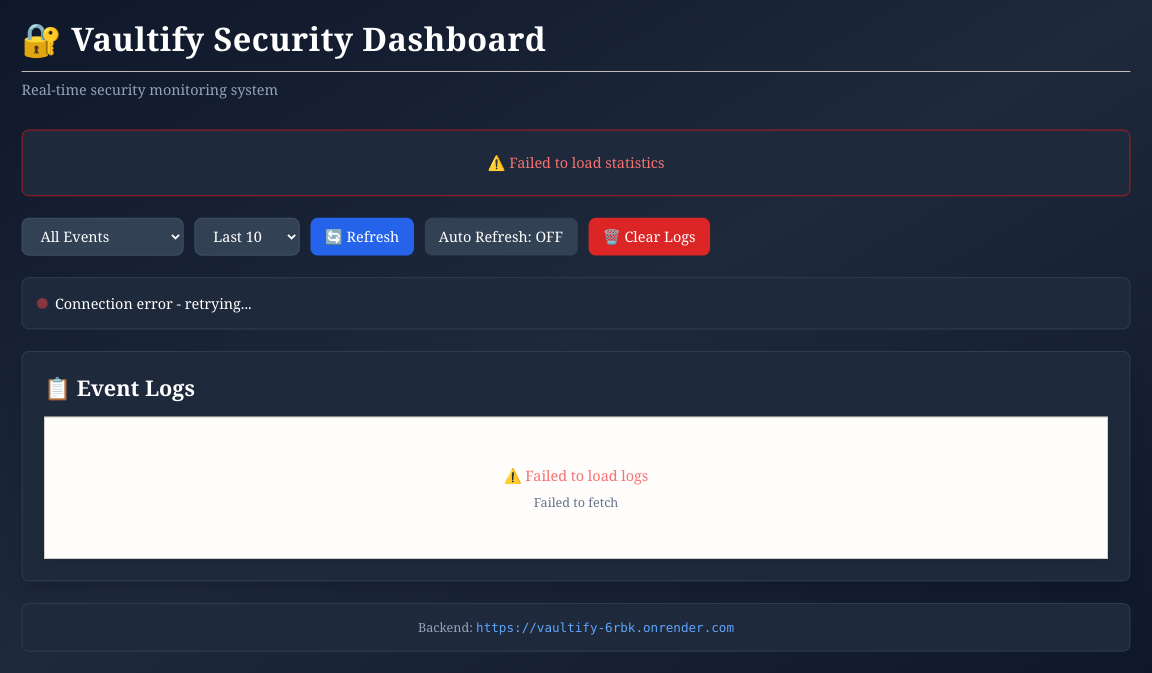
Repository: SH-Nihil-Mukkesh-25/Vaultify
Page: public/index.html
An editor plug-in stored every save of this project. The page is shown before and after the next save, followed by the edit.
The browser window is 1280 px wide. The pictures show the whole page, at 90% of full size.
The page's requests for data from a server got no answer. Some web libraries are served in a nearby version.

Above is the page before, as saved 2025-10-03 12:35:13.

After the next save:
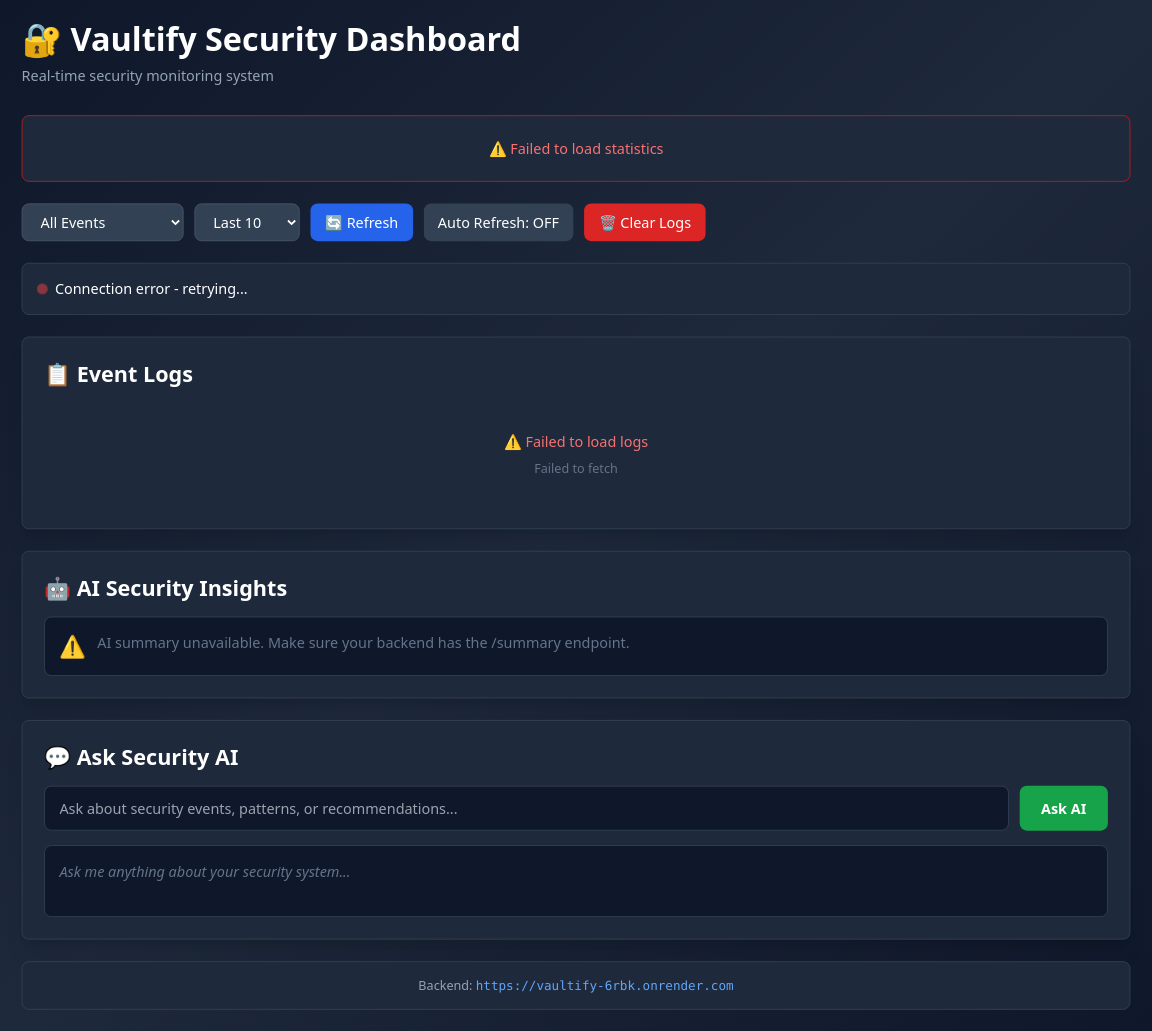
Saved 91 s later.
--- a/public/index.html
+++ b/public/index.html
@@ -5,7 +5,6 @@
   <meta name="viewport" content="width=device-width, initial-scale=1.0" />
   <title>Vaultify Security Dashboard</title>
   <script src="https://cdn.tailwindcss.com"></script>
-  <link rel="stylesheet" href="vaultify-styles.css">
 </head>
 <body class="bg-gradient-to-br from-slate-900 via-slate-800 to-slate-900 min-h-screen p-6">
   <div class="max-w-7xl mx-auto">
@@ -64,10 +63,35 @@
       </div>
     </div>
 
-    <!-- AI Summary (Optional - requires backend AI integration) -->
-    <div id="aiSection" class="bg-slate-800 border border-slate-700 rounded-lg p-6 shadow-xl mb-6 hidden">
+    <!-- AI Summary -->
+    <div class="bg-slate-800 border border-slate-700 rounded-lg p-6 shadow-xl mb-6">
       <h2 class="text-2xl font-semibold text-white mb-4">🤖 AI Security Insights</h2>
-      <p id="aiSummary" class="text-slate-300">AI analysis not available. Enable AI in backend settings.</p>
+      <div id="aiSummary" class="text-slate-300 p-4 bg-slate-900 rounded-lg border border-slate-700">
+        Loading AI summary...
+      </div>
+    </div>
+
+    <!-- AI Chat -->
+    <div class="bg-slate-800 border border-slate-700 rounded-lg p-6 shadow-xl mb-6">
+      <h2 class="text-2xl font-semibold text-white mb-4">💬 Ask Security AI</h2>
+      <div class="flex gap-3 mb-4">
+        <input
+          id="questionInput"
+          type="text"
+          placeholder="Ask about security events, patterns, or recommendations..."
+          class="flex-1 px-4 py-3 bg-slate-900 text-white border border-slate-700 rounded-lg focus:outline-none focus:ring-2 focus:ring-blue-500 focus:border-transparent"
+          onkeypress="if(event.key === 'Enter') askQuestion()"
+        />
+        <button
+          id="askBtn"
+          class="px-6 py-3 bg-green-600 hover:bg-green-700 text-white rounded-lg transition-colors font-semibold"
+        >
+          Ask AI
+        </button>
+      </div>
+      <div id="aiAnswer" class="text-slate-300 p-4 bg-slate-900 rounded-lg border border-slate-700 min-h-[80px]">
+        <p class="text-slate-500 italic">Ask me anything about your security system...</p>
+      </div>
     </div>
 
     <!-- System Info -->
@@ -91,6 +115,10 @@
     const statusDot = document.getElementById("statusDot");
     const statusText = document.getElementById("statusText");
     const backendUrlSpan = document.getElementById("backendUrl");
+    const aiSummary = document.getElementById("aiSummary");
+    const aiAnswer = document.getElementById("aiAnswer");
+    const questionInput = document.getElementById("questionInput");
+    const askBtn = document.getElementById("askBtn");
 
     let autoRefresh = false;
     let intervalId = null;
@@ -121,6 +149,88 @@
       } else {
         statusDot.className = "w-3 h-3 rounded-full bg-red-500 animate-pulse";
         statusText.textContent = "Connection error - retrying...";
+      }
+    }
+
+    async function fetchSummary() {
+      try {
+        const res = await fetch(`${BACKEND_URL}/summary`);
+
+        if (!res.ok) {
+          throw new Error(`HTTP ${res.status}`);
+        }
+
+        const data = await res.json();
+        aiSummary.innerHTML = `
+          <div class="flex items-start gap-3">
+            <span class="text-2xl">📊</span>
+            <p class="flex-1">${data.summary || "No AI summary available yet. Add more security events to get insights."}</p>
+          </div>
+        `;
+      } catch (err) {
+        console.error("Fetch summary error:", err);
+        aiSummary.innerHTML = `
+          <div class="flex items-start gap-3">
+            <span class="text-2xl">⚠️</span>
+            <p class="flex-1 text-slate-500">AI summary unavailable. Make sure your backend has the /summary endpoint.</p>
+          </div>
+        `;
+      }
+    }
+
+    async function askQuestion() {
+      const question = questionInput.value.trim();
+      if (!question) {
+        aiAnswer.innerHTML = '<p class="text-yellow-400">⚠️ Please enter a question first!</p>';
+        return;
+      }
+
+      aiAnswer.innerHTML = `
+        <div class="flex items-center gap-3">
+          <div class="animate-spin rounded-full h-5 w-5 border-b-2 border-blue-400"></div>
+          <p class="text-blue-400">AI is thinking...</p>
+        </div>
+      `;
+
+      askBtn.disabled = true;
+      askBtn.textContent = "Thinking...";
+
+      try {
+        const res = await fetch(`${BACKEND_URL}/ask`, {
+          method: "POST",
+          headers: { "Content-Type": "application/json" },
+          body: JSON.stringify({ question: question })
+        });
+
+        if (!res.ok) {
+          throw new Error(`HTTP ${res.status}`);
+        }
+
+        const data = await res.json();
+        aiAnswer.innerHTML = `
+          <div class="flex items-start gap-3">
+            <span class="text-2xl">🤖</span>
+            <div class="flex-1">
+              <p class="font-semibold text-blue-400 mb-2">AI Response:</p>
+              <p class="whitespace-pre-wrap">${data.answer || "Sorry, I couldn't generate an answer. Please try again."}</p>
+            </div>
+          </div>
+        `;
+        questionInput.value = "";
+      } catch (err) {
+        console.error("Ask AI error:", err);
+        aiAnswer.innerHTML = `
+          <div class="flex items-start gap-3">
+            <span class="text-2xl">❌</span>
+            <div class="flex-1">
+              <p class="text-red-400 font-semibold mb-1">Error</p>
+              <p class="text-slate-400">Failed to get AI response. Make sure your backend has the /ask endpoint with AI integration.</p>
+            </div>
+          </div>
+        `;
+      } finally {
+        askBtn.disabled = false;
+        askBtn.textContent = "Ask AI";
       }
     }
 
@@ -251,6 +361,7 @@
     refreshBtn.addEventListener("click", () => {
       fetchLogs();
       fetchStats();
+      fetchSummary();
     });
 
     autoRefreshBtn.addEventListener("click", () => {
@@ -264,6 +375,7 @@
         intervalId = setInterval(() => {
           fetchLogs();
           fetchStats();
+          fetchSummary();
         }, 5000);
       } else {
         clearInterval(intervalId);
@@ -273,10 +385,12 @@
     clearLogsBtn.addEventListener("click", clearAllLogs);
     eventFilter.addEventListener("change", fetchLogs);
     limitFilter.addEventListener("change", fetchLogs);
+    askBtn.addEventListener("click", askQuestion);
 
     // Initial load
     fetchLogs();
     fetchStats();
+    fetchSummary();
 
     // Retry connection every 10 seconds if disconnected
     setInterval(() => {
